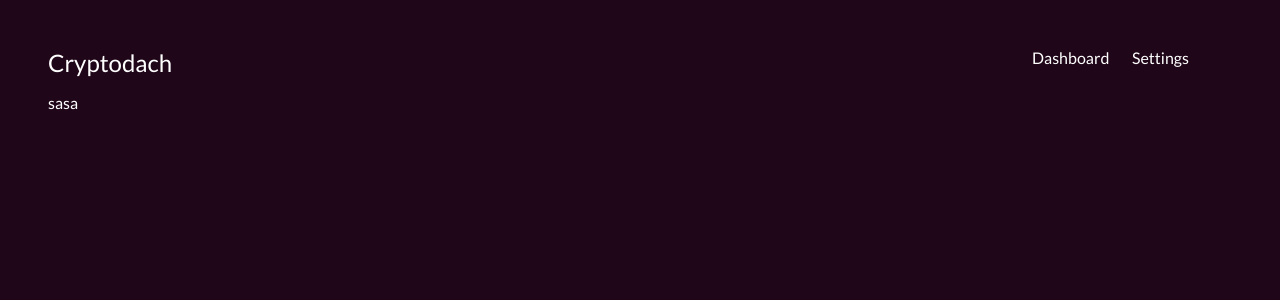
Repository: salczii/cryptocurrency
Page: /
These files come from the project's save history. The page is drawn as it stood at one moment and after a run of saves; the edit follows.
The browser window is 1280 px wide. The pictures show the whole page.
The project was rebuilt for these pictures with package versions that can differ from the ones it lists, and the page was loaded fresh each time. Also part of the build but not shown: src/index.css.

Above is the page before, as saved 2019-01-31 18:14:11.

After the next 2 saves:
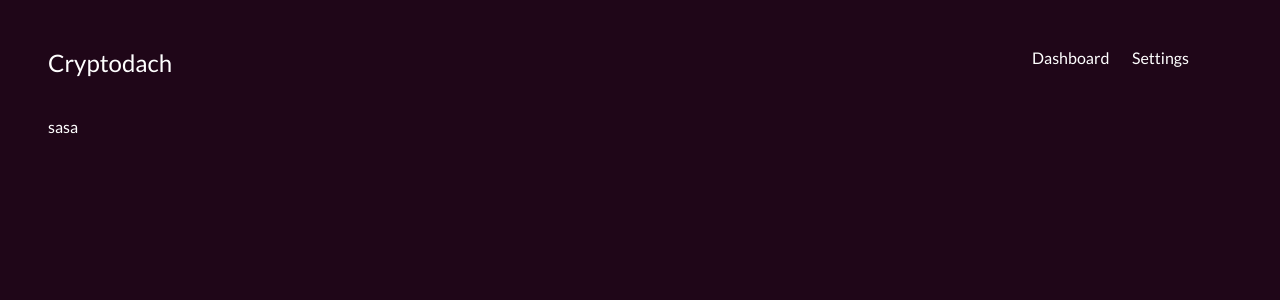
The 2 saves are shown as one change because they came seconds apart.
The last was saved 3 min 13 s later.
--- a/src/cryptocurrency/AppBar.js
+++ b/src/cryptocurrency/AppBar.js
@@ -8,6 +8,7 @@
 const Bar = styled.div`
 display:grid;
 grid-template-columns: 180px auto 100px 100px;
+margin-bottom: 40px;
 `
 
 const ControlButtonElem = styled.div`
@@ -17,7 +18,7 @@
     `}
 `
 
-function ControlButton({ name }) {
+function ControlButton({ name, active }) {
     return (
         <ControlButtonElem>
             {name}
